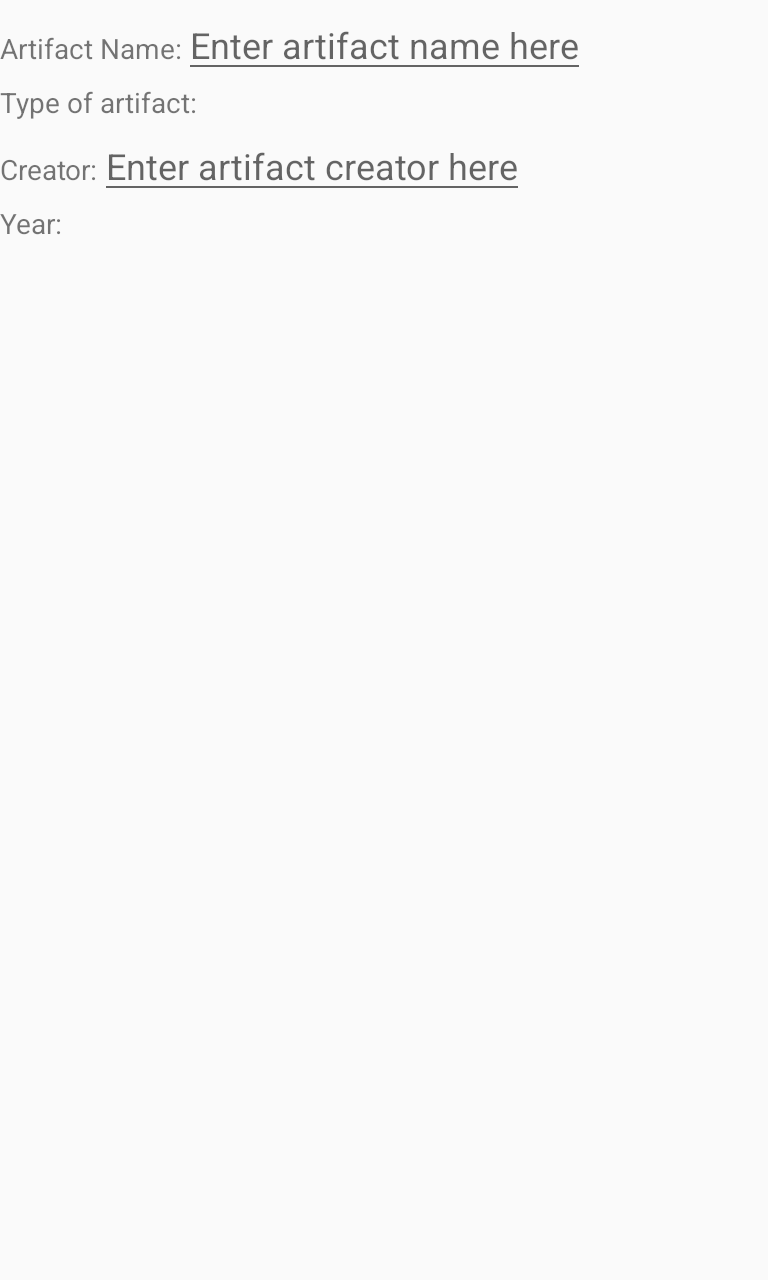
Repository: haggerj/EssayQuestions
Layout: EssayWheel/res/layout/fragment_artifact.xml
The author's editor kept a copy of each file at every save. The layout is drawn from the files as they stood at one save, then again after the next save.
It is drawn on a 768 x 1280 px phone screen (xhdpi) without system bars, with theme AppTheme; the app's code is not run.

Above is the layout before, as saved 2014-10-18 08:55:22.

After the next save:
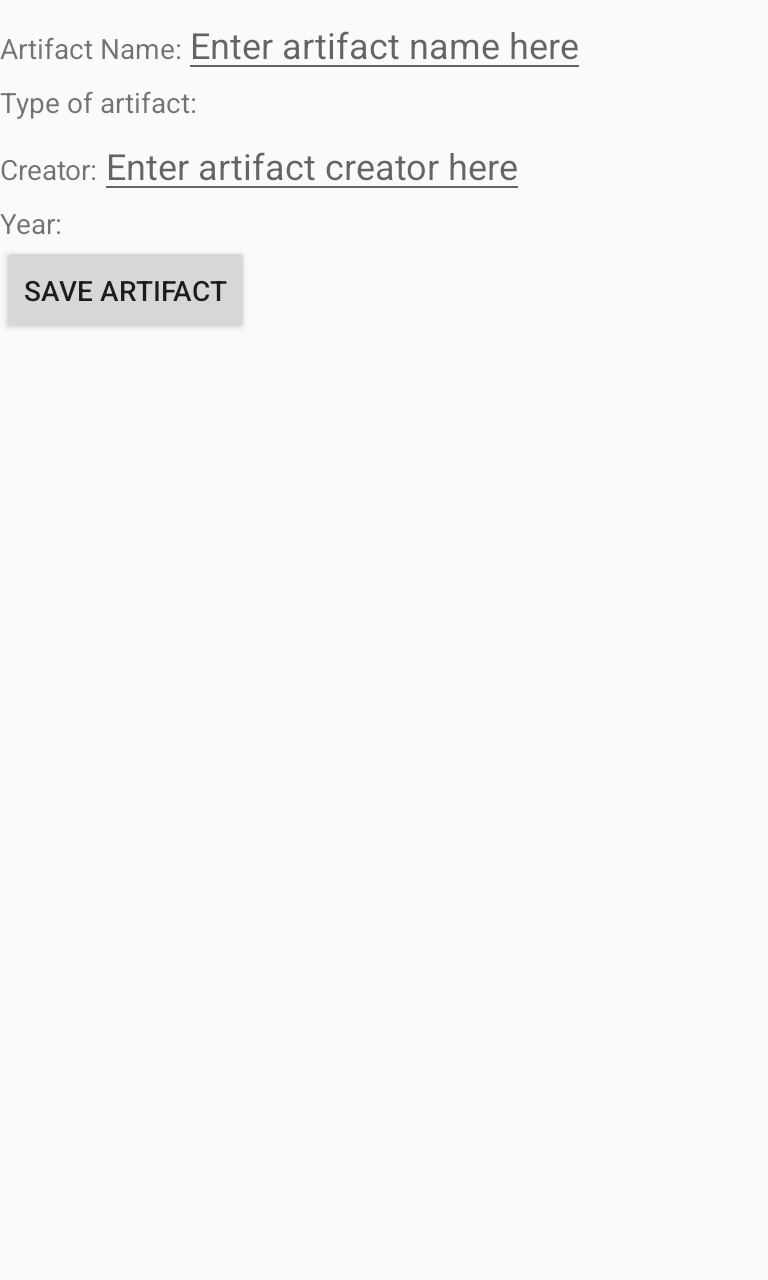
Saved 7 min 13 s later.
--- a/EssayWheel/res/layout/fragment_artifact.xml
+++ b/EssayWheel/res/layout/fragment_artifact.xml
@@ -66,4 +66,11 @@
             android:layout_height="wrap_content"
             android:background="#aaaaaa" />
     </LinearLayout>
+
+    <Button
+        android:id="@+id/save_button"
+        android:layout_width="wrap_content"
+        android:layout_height="wrap_content"
+        android:text="@string/save_button_text" />
+
 </LinearLayout>
--- a/EssayWheel/res/values/strings.xml
+++ b/EssayWheel/res/values/strings.xml
@@ -18,6 +18,8 @@
     <string name="artifact_creator_text">Creator:</string>
     <string name="creator_hint">Enter artifact creator here</string>
     <string name="artifact_year_text">Year:</string>
+
+    <string name="save_button_text">Save Artifact</string>
 
     <string-array name="artifact_types">
         <item>Art</item>
